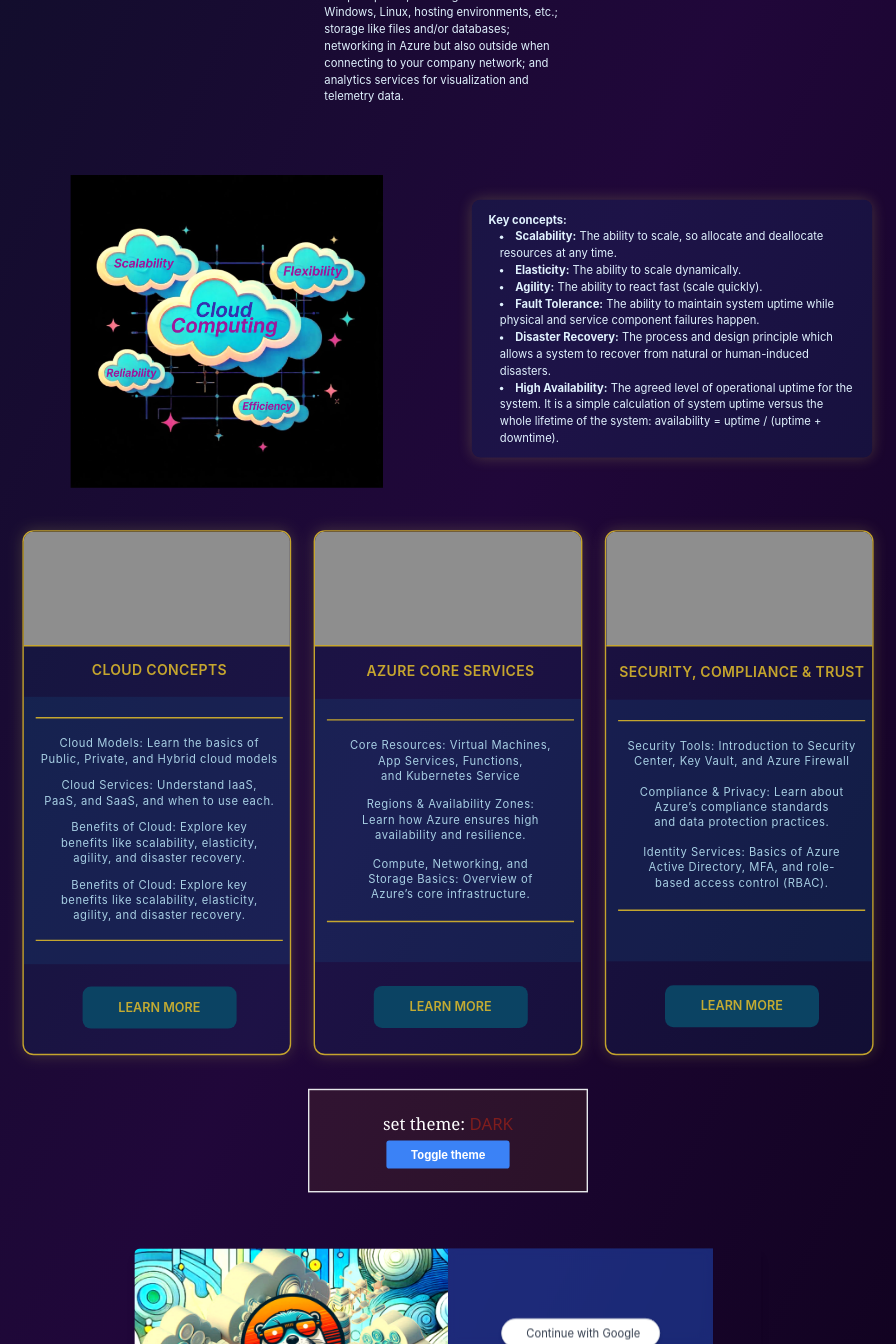
Repository: Freezler/az-900_svelte5
Page: /
An editor plug-in stored every save of this project. The page is shown before and after the next save, followed by the edit.
The browser window is 1280 px wide. The pictures show the part of the page from y = 479 to 2399 px (the page is 2714 px tall before and 2722 px after), at 70% of full size.
Pictures or frames that could not be fetched are drawn as grey boxes. The project was rebuilt for these pictures with package versions that can differ from the ones it lists, and the page was loaded fresh each time. The framework's server and built-in components were replaced by stand-ins that run in the browser. Also part of the build but not shown: vite.config.ts.

Above is the page before, as saved 2024-11-10 10:54:21.

### src/app.html
<!doctype html>
<html lang="en">
	<head>
		<meta charset="utf-8" />
		<link rel="icon" href="%sveltekit.assets%/favicon.png" />
		<meta name="viewport" content="width=device-width, initial-scale=1" />
		%sveltekit.head%
	</head>
	<body data-sveltekit-preload-data="hover" >
		<div style="display: contents">%sveltekit.body%</div>
	</body>
</html>

### src/routes/+layout.svelte
<script lang="ts">
	import '../app.css';
	let { children } = $props();

</script>

<div class="bg-gradient-to-br from-[#0d0c28fc] via-[#1b0135f9] to-[#10021e] bg-cover bg-center bg-no-repeat ">{@render children()}</div>

### src/routes/+page.svelte
<script lang="ts">
	import ComputingArticle from '../components/ComputingArticle.svelte';

	import Toggle from '../components/Toggle.svelte';
	import Header from '../components/Header.svelte';
	import Popover from '../components/Menu.svelte';
	import Cards from '../components/Cards.svelte';
	import Login from '../components/Login.svelte';
</script>

<header class="">
	<Popover />
	<Header />
</header>
<main>
	<section>
		<ComputingArticle />
		<Cards />
	</section>
	<aside><Toggle /></aside>
	<footer><Login /></footer>
</main>

### src/app.css
@tailwind base;
@tailwind components;
@tailwind utilities;

:root {
  --text-color  : rgba(244, 205, 48, 0.888);
  --bg-color    : hsla(217, 87%, 3%, 0.298);
  --bg-color2   : hsla(299, 91%, 31%, 0.974);
  --bg-gradient : 135deg, rgba(237, 249, 10, .7) 0%, rgba(216, 204, 37, 0.7) 35%, rgba(0, 212, 255, 0.7) 100%;
  --bg-gradient2: 90deg, rgba(216, 204, 37, 0.5) 0%, rgba(0, 212, 255, 0.5) 70%;
}

* {
  margin     : 0;
  padding    : 0;
  box-sizing : border-box;
  user-select: none;
  /* outline : 1px dotted red; */
}

body {
  font-family: 'Inter', sans-serif;


}

### src/components/ComputingArticle.svelte
<div class="grid items-center justify-center gap-2 place-self-center text-sky-100 w-[35ch] pt-12">
	<h2 class="text-3xl text-center text-sky-400">Cloud Computing</h2>
	<p>
		Service delivery model over the internet (cloud). This includes, but is not limited to, compute
		power, meaning servers such as Windows, Linux, hosting environments, etc.; storage like files
		and/or databases; networking in Azure but also outside when connecting to your company network;
		and analytics services for visualization and telemetry data.
	</p>
</div>

<section class="grid items-center grid-cols-1 lg:grid-cols-2 justify-center place-items-center place-self-center place-content-center gap-0	z-10 text-start">
	<img
		src="../public/images/cloud.png"
		alt="cloudSolutions"
		loading="lazy"

		class=" w-full md:w-[672px]  mx-auto rounded-2xl overflow-hidden  pr-16 mt-0"
	/>
	<article
		class=" bg-sky-600/10  text-sky-100 px-6 py-4 w-[572px] mt-16 rounded-xl shadow-[0_0px_22px_rgba(255,255,99,0.2)]"
	>
		<p><strong>Key concepts:</strong></p>
		<ul class="list-inside list-disc pl-4">
			<li>
				<strong>Scalability:</strong> The ability to scale, so allocate and deallocate resources at any
				time.
			</li>
			<li><strong>Elasticity:</strong> The ability to scale dynamically.</li>
			<li><strong>Agility:</strong> The ability to react fast (scale quickly).</li>
			<li>
				<strong>Fault Tolerance:</strong> The ability to maintain system uptime while physical and service
				component failures happen.
			</li>
			<li>
				<strong>Disaster Recovery:</strong> The process and design principle which allows a system to
				recover from natural or human-induced disasters.
			</li>
			<li>
				<strong>High Availability:</strong> The agreed level of operational uptime for the system. It
				is a simple calculation of system uptime versus the whole lifetime of the system: availability
				= uptime / (uptime + downtime).
			</li>
		</ul>
	</article>
</section>

### src/components/Toggle.svelte
<script lang="ts">

	let name = $state('Randy');
	let status: 'DARK' | 'LIGHT' = $state('DARK');
	let full_name = $derived(name + ' ' + 'de vries');

	function toggle() {
		status = status === 'DARK' ? 'LIGHT' : 'DARK';
	}

	function onclick() {
		status = status === 'DARK' ? 'LIGHT' : 'DARK';
		window.document.body.classList.toggle('dark-mode')
	}
</script>

<div class="max-w-[400px] mx-auto grid place-items-center items-center justify-center gap-2 border-2 p-4  py-8 my-4 bg-yellow-600/10">
		<p class="text-2xl font-serif text-white ">
			set theme: <span class="font-sans {status === 'LIGHT' ? 'text-gray-200' : 'text-red-900'}">{status}</span>
		</p>

		<!-- <button on:click={toggle}>toggle status</button> -->
		<button
			class=" w-[176px] rounded bg-blue-500 px-4 py-2 font-bold text-white hover:bg-blue-700 active:scale-[.98]"
			type="button"
			onclick={toggle}>Toggle theme</button
		>
	</div>

### src/components/Header.svelte
<script lang="ts">
	// Declare props
	let { name = 'AZ-900' } = $props();

	// Local state for the surname
	let surname = $state('Fundamentals');

	// Derived state for the full name
	let full_name = $derived(`${name} ${surname}`);
</script>

<div
	class="max-w-[100svw] z-100 mx-auto grid h-80 place-content-center place-items-center items-center justify-center bg-[url('/public/images/headImage.png')] bg-cover bg-top"
>
	<div class="grid backdrop-blur-[2px] px-4 rounded-lg backdrop-brightness-[.50] pb-4">
		<h1
			class="shadow-[rgba(7, 25, 224, 0.9)] drop bg-clip-text text-center text-[clamp(1rem,5vw,2.5rem)] font-bold text-transparent bg-gradient-to-tr from-blue-400 via-blue-300 to-blue-700  drop-shadow-[-2px_2px_2px_rgba(137, 25, 224, 0.9)]"
		>
			Microsoft Azure <span
				class="bg-gradient-to-tr from-yellow-300 via-yellow-300 to-yellow-200 bg-clip-text text-[clamp(2.8rem,5vw,8.5rem)] font-bold text-transparent drop-shadow-[2px_4px_2px_rgba(36,50,100,0.9)]"
				>{name}</span
			>
		</h1>
		<h3
			class="bg-clip-text text-6xl text-center text-[clamp(1rem,5vw,3.5rem)] font-[700] font-[montserrat] bg-gradient-to-r from-[hsl(192,88%,51%)] via-[--hsl(192,88%,71%)] to-[--text-color]  pb- text-transparent drop-shadow-[2px_4px_32px_rgba(6,100,150,0.9)] backdrop-brightness-[.90] "
		>
			{surname}
		</h3>
	</div>
</div>

### src/components/Menu.svelte
<script lang="ts">
	import { cubicInOut } from 'svelte/easing';
	import { fly } from 'svelte/transition';
	let showMenu: boolean = $state(false);


</script>

	<!-- Your existing code -->

<img
	src="/public/images/Design 2.png"
	alt="Ran form Logo"
	class="fixed left-[16px] top-[16px] w-[64px] rounded-full z-[200]"
/>
<button
	onclick={() => (showMenu = !showMenu)}
	class="fixed right-[20px] top-[20px] flex  h-[58px] w-[58px] items-center justify-center rounded-full bg-blue-600/20 backdrop-blur text-white border-2 border-blue-900"
>
	<svg
		xmlns="http://www.w3.org/2000/svg"
		class="h-8 w-8"
		fill="none"
		viewBox="0 0 24 24"
		stroke="currentColor"
	>
		{#if showMenu}
			<path
				stroke-linecap="round"
				stroke-linejoin="round"
				stroke-width="2"
				d="M6 18L18 6M6 6l12 12"
			/>
		{:else}
			<path
				stroke-linecap="round"
				stroke-linejoin="round"
				stroke-width="2"
				d="M4 6h16M4 12h16M4 18h16"
			/>
		{/if}
	</svg>
</button>

{#if showMenu}
	<ul
		class="items-center justify-center fixed bottom-0 right-0 z-100 grid h-[50vh] w-[100vw] border-t border-blue-900 place-content-center bg-blue-600/20 backdrop-blur text-white uppercase text-center text-xl z-[200]"
		transition:fly={{ y: 100, duration: 420, easing: cubicInOut }}
	>
		<li class="px-2 py-4 w-[80vw] underline underline-offset-4 transition-colors ease-linear duration-400 hover:bg-blue-600/20 rounded-t-lg  bg-blue-200/30">
			<a href="/">Home</a>
		</li>
		<li class=" px-2 py-4 transition-colors hover:underline underline-offset-4  ease-linear duration-400 hover:bg-blue-600/20  bg-blue-200/30">
			<a href="/concepts">Concepts</a>
		</li>
		<li class=" px-2 py-4 transition-colors hover:underline underline-offset-4 ease-linear duration-400 hover:bg-blue-600/20  bg-blue-200/30">
			<a href="/security">Security</a>
		</li>
		<li class="px-2 py-4 transition-colors  hover:underline underline-offset-4 ease-linear duration-400 hover:bg-blue-600/20 rounded-b-lg  bg-blue-200/30">
			<a href="/services">Services</a>
		</li>
	</ul>
{/if}

### src/components/Cards.svelte
<script>
	import { goto } from '$app/navigation';
	// Define your plans as an array of objects
	const concepts = [
		{
			url: 'concepts',
			image:
				'https://learn.microsoft.com/training/achievements/microsoft-azure-fundamentals-describe-cloud-concepts-social.png',
			name: 'Cloud Concepts',
			features: [
				'Cloud Models: Learn the basics of Public, Private, and Hybrid cloud models',
				'Cloud Services: Understand IaaS, PaaS, and SaaS, and when to use each.',
				'Benefits of Cloud: Explore key benefits like scalability, elasticity, agility, and disaster recovery.',
				'Benefits of Cloud: Explore key benefits like scalability, elasticity, agility, and disaster recovery.'

			]
		},
		{
			url: 'services',
			image:
				'https://images.unsplash.com/photo-1667372459510-55b5e2087cd0?q=80&w=1932&auto=format&fit=crop&ixlib=rb-4.0.3&ixid=M3wxMjA3fDB8MHxwaG90by1wYWdlfHx8fGVufDB8fHx8fA%3D%3D',
			name: 'Azure Core Services',
			features: [
				'Core Resources: Virtual Machines, App Services, Functions, and Kubernetes Service',
				'Regions & Availability Zones: Learn how Azure ensures high availability and resilience.',
				'Compute, Networking, and Storage Basics: Overview of Azure’s core infrastructure.'
			]
		},
		{
			url: 'security',
			image:
				'https://plus.unsplash.com/premium_photo-1700830452756-1a3f4314e564?q=80&w=1674&auto=format&fit=crop&ixlib=rb-4.0.3&ixid=M3wxMjA3fDB8MHxwaG90by1wYWdlfHx8fGVufDB8fHx8fA%3D%3D',
			name: 'Security, Compliance & Trust',
			features: [
				'Security Tools: Introduction to Security Center, Key Vault, and Azure Firewall',
				'Compliance & Privacy: Learn about Azure’s compliance standards and data protection practices.',
				'Identity Services: Basics of Azure Active Directory, MFA, and role-based access control (RBAC).'
			]
		}
	];
</script>

<section
	class="z-10 grid grid-rows-1 gap-8 py-8 md:grid-cols-2 md:gap-8 md:px-8 xl:grid-cols-3"
>
	{#each concepts as concept}
		<div
			class=" pt-1  grid grid-rows-[148px_64px_auto_auto] place-items-center overflow-hidden rounded-2xl border-2 border-[--text-color] bg-sky-600/10 pb-9 shadow-[0_0px_22px_rgba(255,255,99,0.2)] brightness-90 transition duration-700 hover:scale-[1.001] hover:border-[hsla(184,69%,60%,1)] hover:shadow-[2px_6px_12px_rgba(22,125,22,0.9)]"
		>
			<img
				src={concept.image}
				class=" z-10 h-[172px] pt-2  w-full border-b-2 border-[--text-color] object-cover object-center hover:border-[hsla(184,69%,60%,1)]"
				loading="lazy"
				alt="concept"
			/>
			<div class="row-span-2 grid grid-cols-subgrid place-items-center items-center justify-center">
				<h2 class="] mt-[28px] text-xl font-semibold uppercase tracking-wide text-[--text-color]">
					{concept.name}
				</h2>
			</div>

			<div
				class=" row-span-12 my-5 w-full grid grid-rows-subgrid place-items-start items-start gap-4 text-pretty border border-transparent bg-sky-500/10 px-4 pt-7 pb-6 text-center"
			>
				{#each concept.features as feature}
					<h3
						class="border-b-1 mx-auto  grid w-[35ch]  grid-rows-subgrid text-balance border-[--text-color] px-0 text-[14px] font-normal leading-snug tracking-wider text-sky-200 py-0 first:border-t-2 first:pt-6 last:pb-6 last:border-b-2 lg:text-[16px] border-s-fuchsia-400 ">
						{feature}
					</h3>
				{/each}
			</div>
			<button
				type="button"
				class="mx-auto mt-3 w-[220px] grid-cols-subgrid rounded-xl border-[2px_solid_var(--text-color)] bg-sky-900 px-8 py-4 text-base font-semibold uppercase text-[--text-color] transition duration-[420ms] hover:bg-sky-500 hover:text-white hover:shadow-[2px_2px_22px_rgb(65,183,255,0.9)] md:text-lg lg:text-lg"
				><a href="/{concept.url}">Learn more</a></button
			>
		</div>
	{/each}
</section>

### src/components/Login.svelte
<script>
	import { onMount } from 'svelte';
	let user = $state('Stranger');
	/**
	 * @param {any} response
	 */
	function googleLoginEndpoint(response) {
	  console.log('Google login successful:', response);
	}

	// onMount(() => {
	//   const script = document.createElement("script");
	//   script.src = "https://accounts.google.com/gsi/client";
	//   script.async = true;
	//   script.defer = true;
	//   document.head.appendChild(script);
	// });
</script>

<div class="relative flex min-h-[60vh] items-center justify-center py-16 ">
	<div class="flex w-full max-w-4xl flex-col overflow-hidden rounded-lg shadow-lg md:flex-row">
		<!-- Left side: Logo and Welcome message -->
		<div
			class="flex flex-col items-center justify-center bg-[url('/public/images/headImage.png')] bg-cover bg-center object-cover p-14 text-white md:w-1/2 "
		>
			<img
				src="/public/images/Design 2.png"
				alt="Ran form Logo"
				class="mb-4 h-40 w-40 rounded-full"
			/>
			<h2 class="text-2xl font-semibold p-2 rounded-xl bg-slate-600/50  ">Good Evening {user}!</h2>
			<p class="mt-2 text-center text-lg rounded-xl bg-slate-600/50  p-2 ">Log in to your account!</p>
		</div>

		<!-- Right side: Login Form -->
		<div
			class="flex flex-col items-center justify-center  h-[50vh] bg-blue-600/40 backdrop-blur pt-8 "
		>
			<!-- Google Login Button -->
			<div
				id="g_id_onload"
				data-client_id="YOUR_GOOGLE_CLIENT_ID"
				data-context="signin"
				data-callback="googleLoginEndpoint"
				data-close_on_tap_outside="false"
				data-prompt_parent_id="g_id_onload"
			></div>

			<button
				class="flex w-3/5 items-center justify-center space-x-2 rounded-full border border-gray-300 bg-white py-2 shadow-md hover:bg-gray-50 focus:outline-none"
			>
				<span class="fab fa-google text-gray-500"></span>
				<span class="text-gray-700">Continue with Google</span>
			</button>

			<!-- Divider -->
			<div class="my-4 flex w-full items-center">
				<hr class="flex-grow border-t border-gray-300" />
				<span class="px-3 text-gray-500">OR</span>
				<hr class="flex-grow border-t border-gray-300" />
			</div>

			<!-- Email Login Button -->
			<button
				class="flex w-3/5 items-center justify-center space-x-2 rounded-full border border-gray-300 bg-white py-2 shadow-md hover:bg-gray-50 focus:outline-none"
			>
				<span class="fa fa-user text-gray-500"></span>
				<span class="text-gray-700">Enter Email & Password</span>
			</button>

			<!-- Sign up and Terms Links -->
			<div class=" w-full text-center">
				<p class="text-sm text-red-300">
					Don't have an account? <a href="_blank" class="text-blue-600 hover:underline">Sign up</a>
				</p>
				<p class="mt-0 text-xs text-gray-500 w-[50ch]">
					By continuing, you agree to our <a href="_blank" target="_blank" class="hover:underline"
						>Terms of Service</a
					>
					and
					<a href="_blank" target="_blank" class="hover:underline">Privacy Policy</a>.
				</p>
			</div>
		</div>
	</div>
</div>

### tailwind.config.ts
import aspectRatio from '@tailwindcss/aspect-ratio';
import containerQueries from '@tailwindcss/container-queries';
import forms from '@tailwindcss/forms';
import typography from '@tailwindcss/typography';
// import type { Config } from 'tailwindcss';

export default {
	content: ['./src/**/*.{html,js,svelte,ts}'],


	theme: {
		extend: {
			animation: {



			},

			keyframes: {

			}

		}
	},

	plugins: [typography, forms, containerQueries, aspectRatio]
}

After the next save:
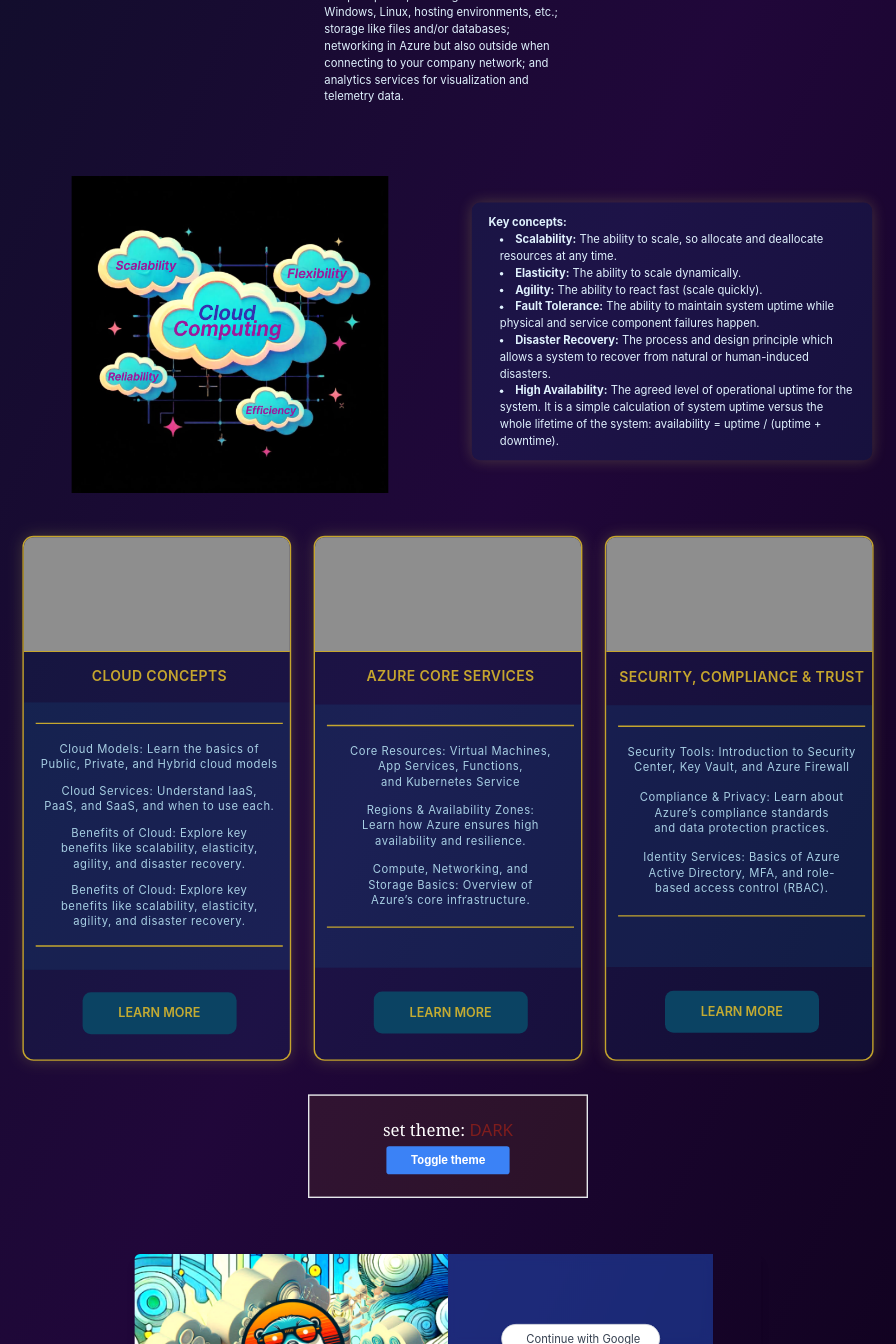
Saved 13 s later.
--- a/src/components/ComputingArticle.svelte
+++ b/src/components/ComputingArticle.svelte
@@ -14,7 +14,7 @@
 		alt="cloudSolutions"
 		loading="lazy"
 
-		class=" w-full md:w-[672px]  mx-auto rounded-2xl overflow-hidden  pr-16 mt-0"
+		class=" w-full md:w-[672px]  mx-auto rounded-2xl overflow-hidden  pr-14 mt-0"
 	/>
 	<article
 		class=" bg-sky-600/10  text-sky-100 px-6 py-4 w-[572px] mt-16 rounded-xl shadow-[0_0px_22px_rgba(255,255,99,0.2)]"
